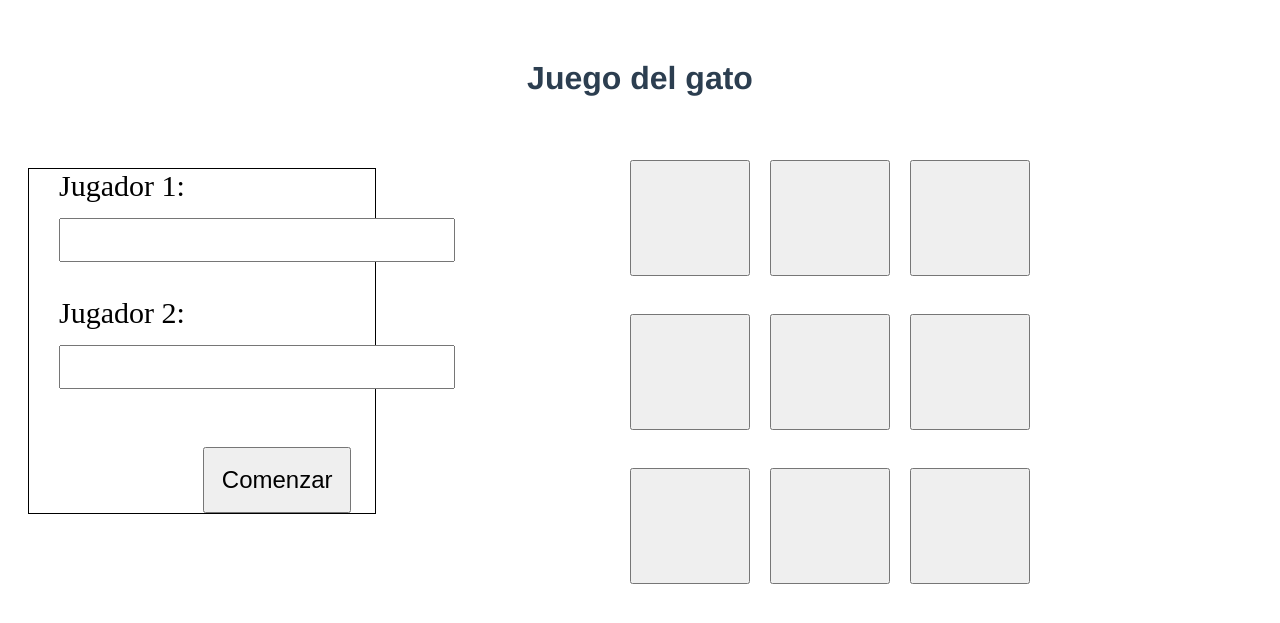
Repository: franciscamanquecheo/Taller-2
Page: / (app in vite-project/)
The author's editor kept a copy of each file at every save. The page is drawn from the files as they stood at one save, then again after the next save.
The browser window is 1280 px wide. The pictures show the whole page.
The project was rebuilt for these pictures with package versions that can differ from the ones it lists, and the page was loaded fresh each time. Also part of the build but not shown: vite-project/vite.config.ts.

Above is the page before, as saved 2022-06-17 18:04:52.

### vite-project/src/App.vue
<script setup lang="ts">
// This starter template is using Vue 3 <script setup> SFCs
// Check out https://vuejs.org/api/sfc-script-setup.html#script-setup
import HelloWorld from './components/HelloWorld.vue'
</script>

<template>
 <h1>Juego del gato</h1>
<section>
 <article id="comandos">
  Jugador 1:

  <input type="text" id="jugador1"><br><br>
  Jugador 2:
  <input type="text" id="jugador 2"><br><br>
  <input type="button" id="comenzar" value="Comenzar">
  <label id="TurnoJugador"></label>
 </article>
  <article id="Tablero">
    <input type="button" id="casilla1">
    <input type="button" id="casilla2">
    <input type="button" id="casilla3"><br><br>

    <input type="button" id="casilla4">
    <input type="button" id="casilla5">
    <input type="button" id="casilla6"><br><br>

    <input type="button" id="casilla7">
    <input type="button" id="casilla8">
    <input type="button" id="casilla9">



  </article>











</section>
</template>

<style>
h1 {
  font-family: Avenir, Helvetica, Arial, sans-serif;
  -webkit-font-smoothing: antialiased;
  -moz-osx-font-smoothing: grayscale;
  text-align: center;
  color: #2c3e50;
  margin-top: 60px;
}
article#comandos{
  margin-top: 50px;

  display: inline-block;
  text-align: left;
  border: 1px solid black;
  margin-left: 20px;
font-size: 30px;
vertical-align: top;
min-height: 300px;
width: 25%;
padding-left: 1em;
}
article#Tablero{

  display: inline-block;
  margin: 2em;
  width: 50%;
   text-align: right;
}
article#Tablero input{

  font-size: 6em;
  height: 100 px;
  width: 120px;
  margin: 10px;

}
input[type="text"]{
  margin-top: 15px;
  font-size: 1em;
  margin: 0.2 em;
  padding: 0.1em;
}
input[type="button"]#comenzar{
  font-size: 0.8em;
  margin-top: 1em;
  padding: 0.7em;
  margin-left: 6em;

}



section{
  display: inline-block;
  margin: 0 auto;

  width: 100%;
}
template{
  background-color: #2c3e50;
}
</style>

Loaded but not shown: vite-project/index.html (common file); vite-project/src/main.ts (common file)

After the next save:
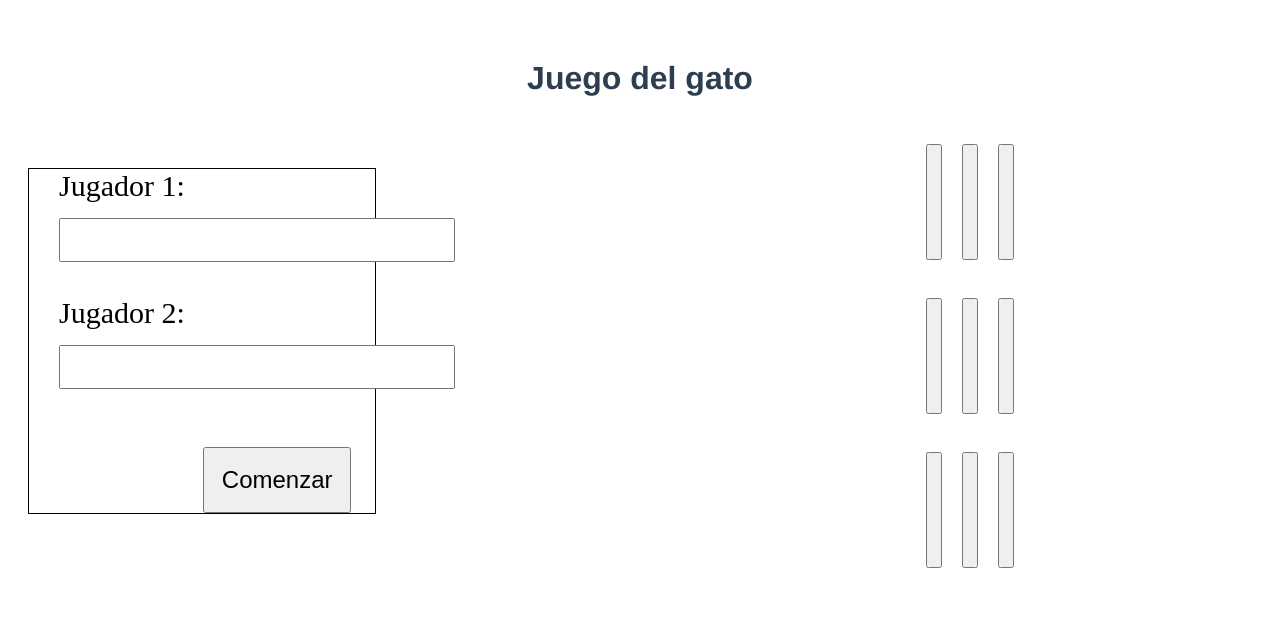
Saved 18 s later.
--- a/vite-project/src/App.vue
+++ b/vite-project/src/App.vue
@@ -71,7 +71,7 @@ padding-left: 1em;
 article#Tablero{
 
   display: inline-block;
-  margin: 2em;
+  margin: 1em;
   width: 50%;
    text-align: right;
 }
@@ -79,7 +79,7 @@ article#Tablero input{
 
   font-size: 6em;
   height: 100 px;
-  width: 120px;
+  width: 10px;
   margin: 10px;
 
 }
